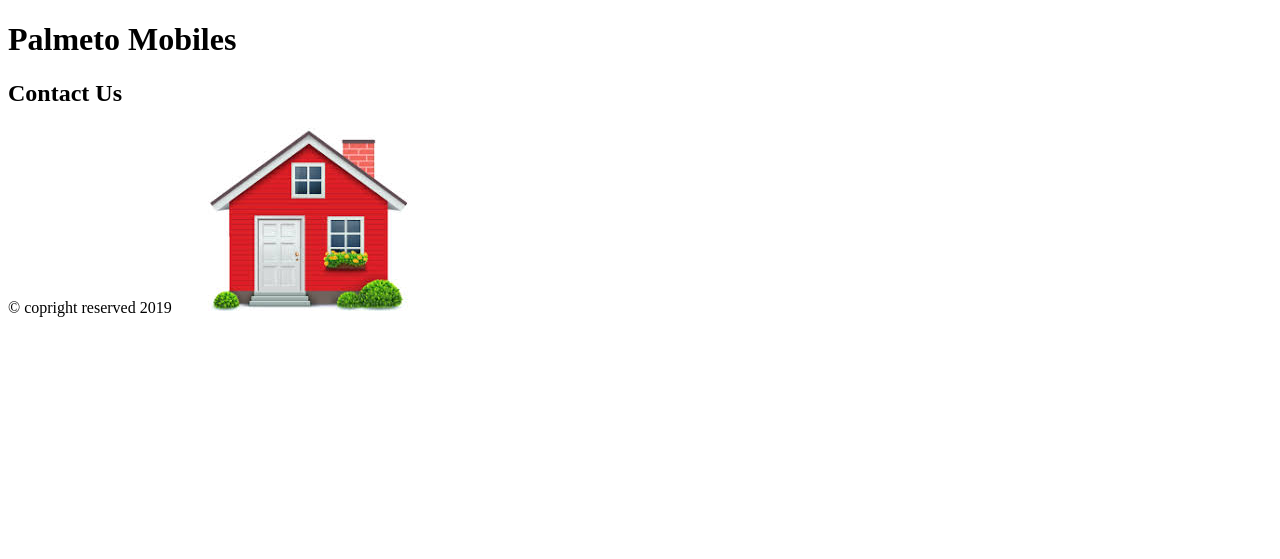
Repository: abhishekj720/HSBCLearn
Page: html/HtmlCssDemo/WebContent/ContactUs.html
An editor plug-in stored every save of this project. The page is shown before and after the next save, followed by the edit.
The browser window is 1280 px wide. The pictures show the whole page.

Above is the page before, as saved 2019-07-29 06:34:09.

### html/HtmlCssDemo/WebContent/ContactUs.html
<!DOCTYPE html>
<html>
<head>
<meta charset="UTF-8" keywords="palmeto, corporate training">
<title>Palmeto - Contact Us</title>
</head>
<body>
	<header>
		<h1>Palmeto Mobiles</h1>
	</header>
	<article>
		<h2>
		Contact Us
		</h2>
	</article>
	<footer>
		&copy; copright reserved 2019
		<a href="home.html"><img src = "images/home.jpg"/></a>
	</footer>
</body>
</html>

After the next save:
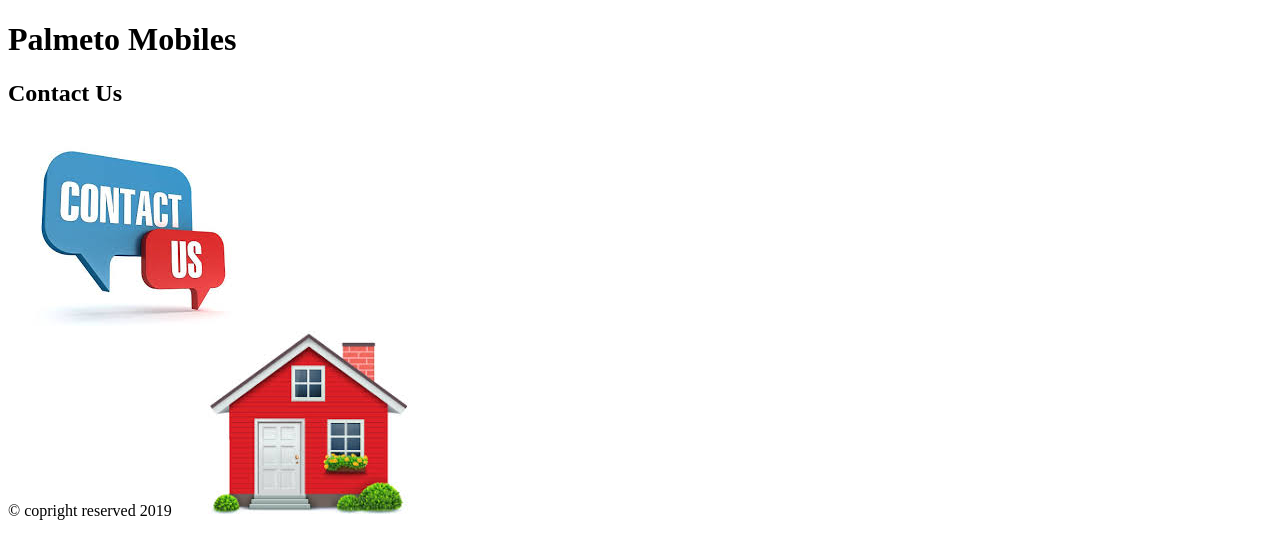
Saved 89 s later.
--- a/html/HtmlCssDemo/WebContent/ContactUs.html
+++ b/html/HtmlCssDemo/WebContent/ContactUs.html
@@ -9,9 +9,11 @@
 		<h1>Palmeto Mobiles</h1>
 	</header>
 	<article>
-		<h2>
-		Contact Us
-		</h2>
+		<h2>Contact Us</h2>
+		<div>
+		<img src = "images/contactus.jpg"/><br/>
+		<span id=""></span>
+		</div>
 	</article>
 	<footer>
 		&copy; copright reserved 2019
